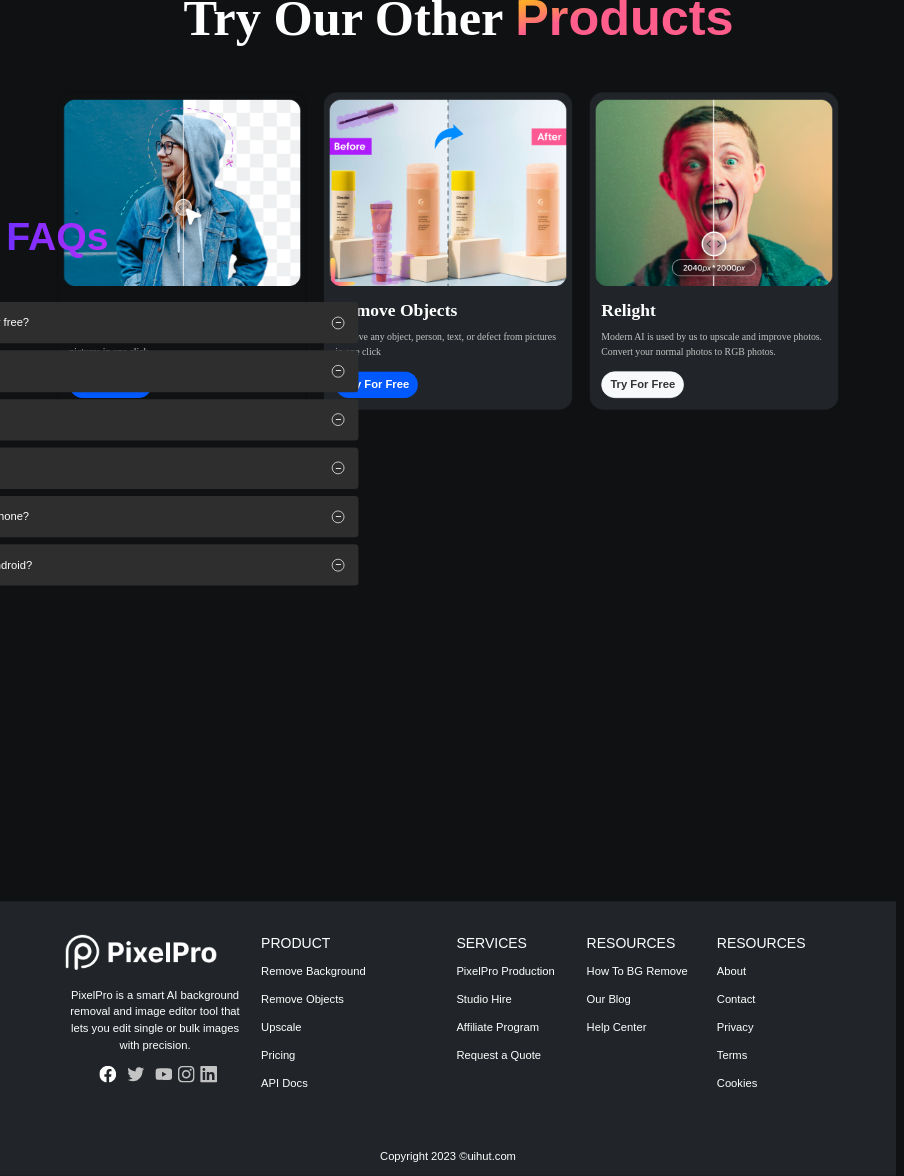
Repository: LuongTienThinh/lvh
Page: Relight Design/index.html
The author's editor kept a copy of each file at every save. The page is drawn from the files as they stood at one save, then again after the next save.
The browser window is 1280 px wide. The page is 1292 px wide, so the pictures cover 1292 px, including what lies to the right of the window. The pictures show the part of the page from y = 2561 to 4441 px (the page is 4241 px tall before and 4441 px after), at 70% of full size.
Some web fonts or font styles are not loaded; a fallback is used.

Above is the page before, as saved 2023-11-30 11:01:01.

After the next save:
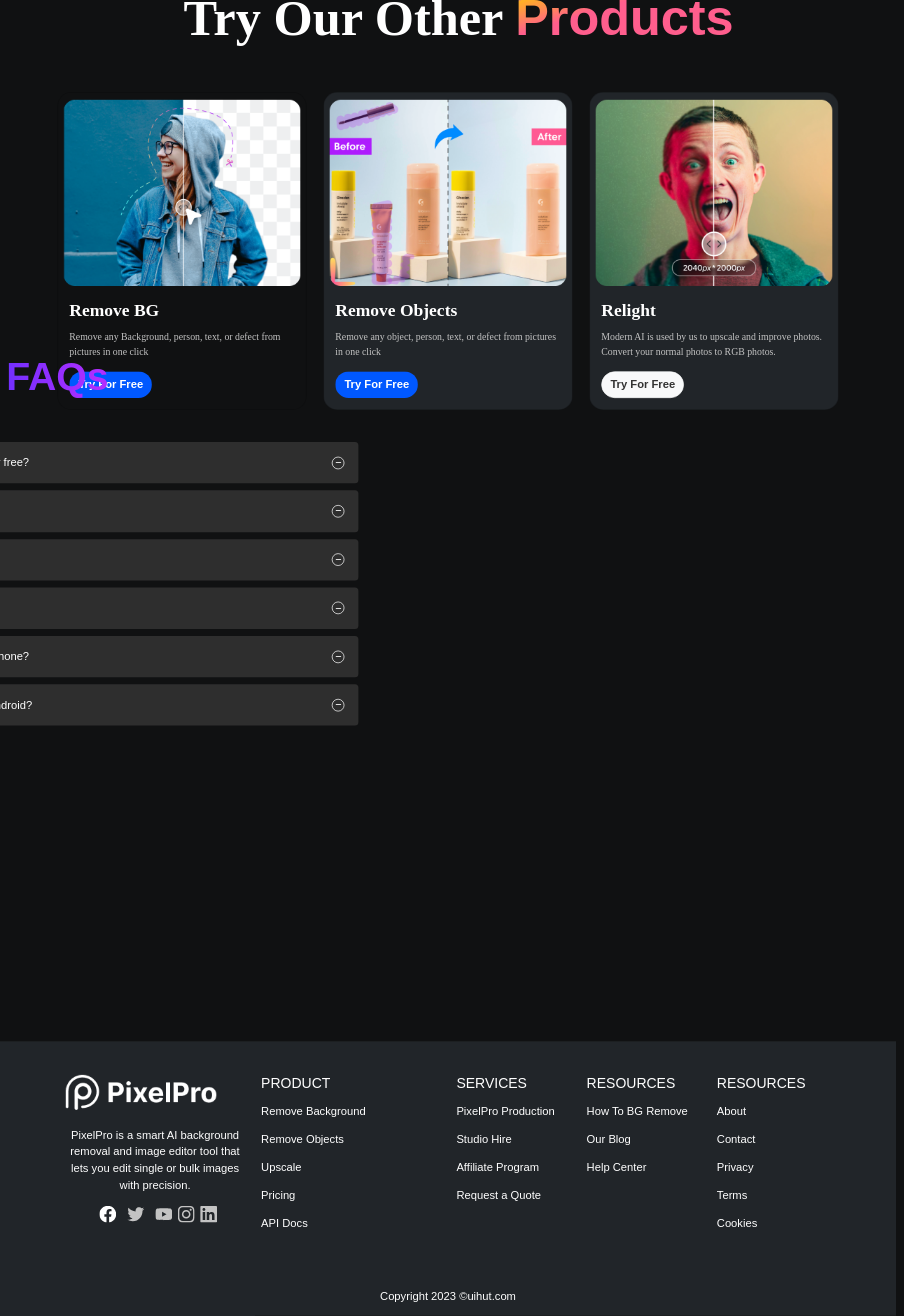
Saved 28 s later.
--- a/Relight Design/index.html
+++ b/Relight Design/index.html
@@ -177,7 +177,7 @@
         </div>
         </div>
         <section>
-          <div class="container" style="1200px">
+          <div class="container" style="margin-top:200px;">
     <div class="faqs">
         <h2 class="title">FAQs</h2>
         <div class="accordion" id="accordionPanelsStayOpenExample">
